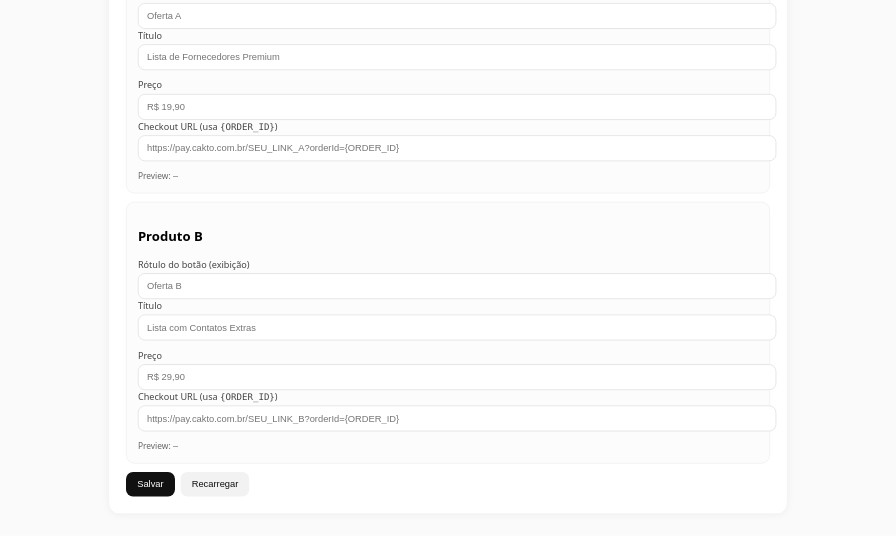
Repository: Rob-son-prog/hiveloja-whatsapp
Page: admin/index.html
These files come from the project's save history. The page is drawn as it stood at one moment and after the next save; the edit follows.
The browser window is 1280 px wide. The pictures show the part of the page from y = 1036 to 2956 px (the page is 1801 px tall before and 2956 px after), at 70% of full size.
The page's requests for data from a server got no answer.

Above is the page before, as saved 2025-10-09 21:16:51.

After the next save:
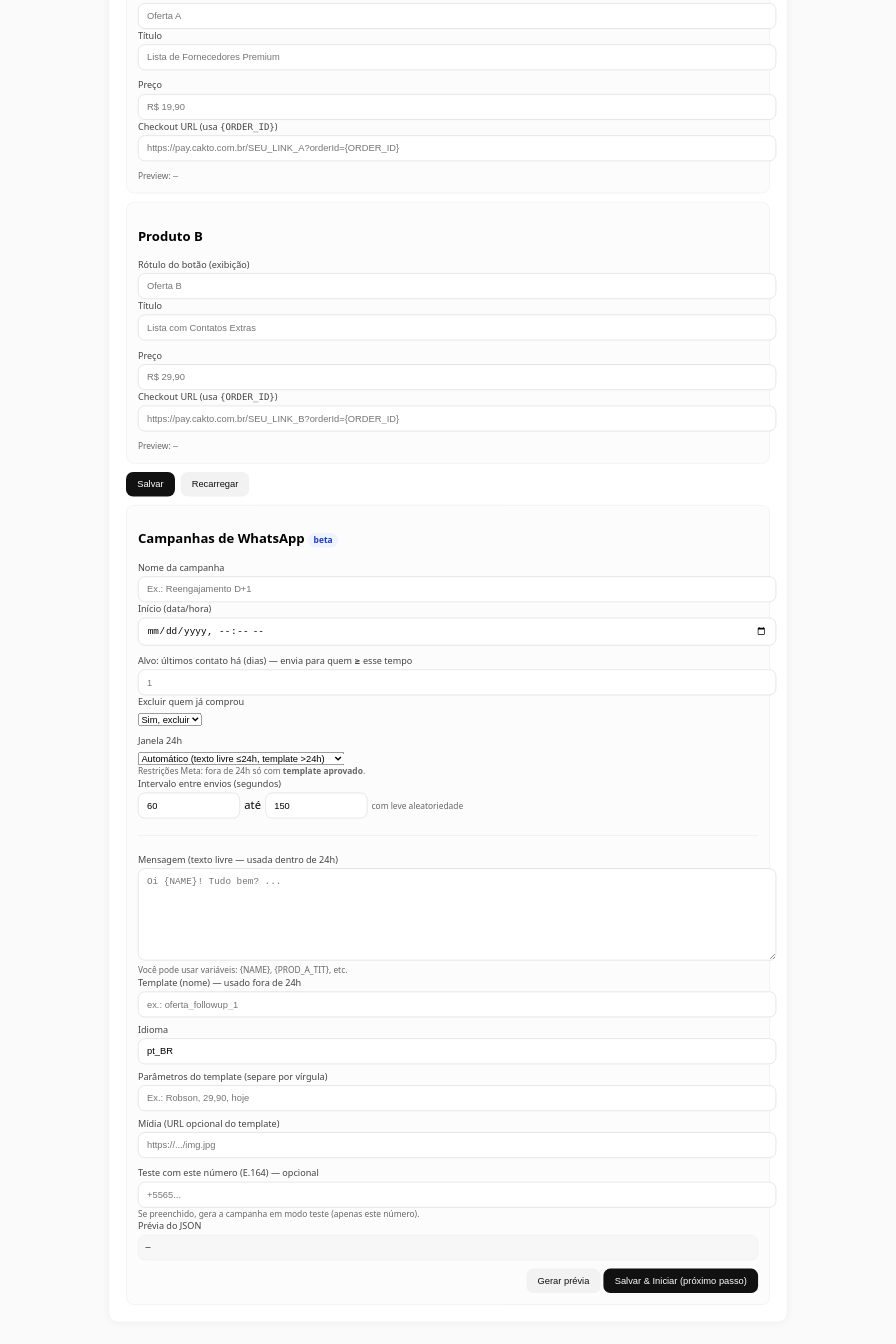
Saved 43 min 59 s later.
--- a/admin/index.html
+++ b/admin/index.html
@@ -21,6 +21,12 @@
     .ok { color:#118a4e; margin-left:8px; font-size:13px; }
     .danger { color:#b32d2e; font-size:12px; }
     .mono { font-family: ui-monospace, SFMono-Regular, Menlo, Consolas, monospace; }
+
+    /* ——— extra da área de campanhas ——— */
+    .pill { display:inline-block; padding:2px 8px; border-radius:999px; background:#eef3ff; color:#1d3dbf; font-size:12px; }
+    .hr { height:1px; background:#eee; margin:12px 0; }
+    .right { text-align:right; }
+    .codebox { background:#f7f7f7; border:1px solid #eee; padding:10px; border-radius:10px; font-family: ui-monospace, Menlo, Consolas, monospace; font-size:12px; max-height:140px; overflow:auto; }
   </style>
 </head>
 <body>
@@ -139,6 +145,96 @@
         <span id="status" class="ok" style="display:none">salvo ✓</span>
         <span id="err" class="danger" style="display:none">falha ao salvar</span>
       </div>
+
+      <!-- Campanhas (beta) -->
+      <div class="card">
+        <h3>Campanhas de WhatsApp <span class="pill">beta</span></h3>
+        <div class="grid">
+          <div class="col2">
+            <div>
+              <label>Nome da campanha</label>
+              <input id="c_name" placeholder="Ex.: Reengajamento D+1">
+            </div>
+            <div>
+              <label>Início (data/hora)</label>
+              <input id="c_start" type="datetime-local">
+            </div>
+          </div>
+
+          <div class="col2">
+            <div>
+              <label>Alvo: últimos contato há (dias) — envia para quem <b>≥</b> esse tempo</label>
+              <input id="c_days" type="number" min="0" step="1" placeholder="1">
+            </div>
+            <div>
+              <label>Excluir quem já comprou</label>
+              <select id="c_exclude_paid">
+                <option value="yes">Sim, excluir</option>
+                <option value="no">Não</option>
+              </select>
+            </div>
+          </div>
+
+          <div class="col2">
+            <div>
+              <label>Janela 24h</label>
+              <select id="c_mode">
+                <option value="auto">Automático (texto livre ≤24h, template &gt;24h)</option>
+                <option value="only24">Somente dentro de 24h (texto livre)</option>
+                <option value="onlyTemplate">Sempre com template (recomendado p/ &gt;24h)</option>
+              </select>
+              <div class="muted">Restrições Meta: fora de 24h só com <b>template aprovado</b>.</div>
+            </div>
+            <div>
+              <label>Intervalo entre envios (segundos)</label>
+              <div class="row" style="gap:6px">
+                <input id="c_min_s" type="number" min="1" value="60" style="max-width:120px">
+                <span>até</span>
+                <input id="c_max_s" type="number" min="1" value="150" style="max-width:120px">
+                <span class="muted">com leve aleatoriedade</span>
+              </div>
+            </div>
+          </div>
+
+          <div class="hr"></div>
+
+          <div class="col2">
+            <div>
+              <label>Mensagem (texto livre — usada dentro de 24h)</label>
+              <textarea id="c_text" placeholder="Oi {NAME}! Tudo bem? ..."></textarea>
+              <div class="muted">Você pode usar variáveis: {NAME}, {PROD_A_TIT}, etc.</div>
+            </div>
+            <div>
+              <label>Template (nome) — usado fora de 24h</label>
+              <input id="c_tpl" placeholder="ex.: oferta_followup_1">
+              <label style="margin-top:8px">Idioma</label>
+              <input id="c_tpl_lang" value="pt_BR" placeholder="pt_BR">
+              <label style="margin-top:8px">Parâmetros do template (separe por vírgula)</label>
+              <input id="c_tpl_params" placeholder="Ex.: Robson, 29,90, hoje">
+              <label style="margin-top:8px">Mídia (URL opcional do template)</label>
+              <input id="c_tpl_media" placeholder="https://.../img.jpg">
+            </div>
+          </div>
+
+          <div class="col2">
+            <div>
+              <label>Teste com este número (E.164) — opcional</label>
+              <input id="c_test_to" placeholder="+5565...">
+              <div class="muted">Se preenchido, gera a campanha em modo teste (apenas este número).</div>
+            </div>
+            <div>
+              <label>Prévia do JSON</label>
+              <div id="c_preview" class="codebox">–</div>
+            </div>
+          </div>
+
+          <div class="right">
+            <button id="c_preview_btn" class="btn outline">Gerar prévia</button>
+            <button id="c_create_btn" class="btn">Salvar & Iniciar (próximo passo)</button>
+          </div>
+        </div>
+      </div>
+      <!-- /Campanhas -->
     </div>
   </div>
 
@@ -221,6 +317,55 @@
     S('save').onclick = save;
     S('reload').onclick = load;
     load();
+
+    // ===== Campanhas (só prévia por enquanto) =====
+    function buildCampaignPayload(){
+      const startIso = (S('c_start').value ? new Date(S('c_start').value).toISOString() : null);
+      const params = (S('c_tpl_params').value || '')
+        .split(',')
+        .map(s => s.trim())
+        .filter(Boolean);
+
+      const minS = Math.max(1, Number(S('c_min_s').value || 60));
+      const maxS = Math.max(minS, Number(S('c_max_s').value || 150));
+
+      return {
+        name: S('c_name').value.trim() || 'Campanha sem nome',
+        start_at: startIso,
+        filter: {
+          last_incoming_gte_days: Number(S('c_days').value || 0), // >= X dias
+          exclude_paid: S('c_exclude_paid').value === 'yes'
+        },
+        policy: {
+          mode: S('c_mode').value, // auto / only24 / onlyTemplate
+          throttle_seconds_min: minS,
+          throttle_seconds_max: maxS
+        },
+        content: {
+          text_24h: S('c_text').value,
+          template_name: S('c_tpl').value.trim(),
+          template_lang: S('c_tpl_lang').value.trim() || 'pt_BR',
+          template_params: params,
+          template_media_url: S('c_tpl_media').value.trim() || null
+        },
+        test_to: (S('c_test_to').value || '').trim()
+      };
+    }
+
+    function showPreview(){
+      const payload = buildCampaignPayload();
+      console.log('[Prévia campanha]', payload);
+      S('c_preview').textContent = JSON.stringify(payload, null, 2);
+    }
+
+    S('c_preview_btn').onclick = showPreview;
+
+    // botão “criar” por enquanto só gera a prévia;
+    // no próximo passo, conectamos às rotas /campaigns para salvar e iniciar.
+    S('c_create_btn').onclick = () => {
+      showPreview();
+      alert('Prévia gerada. No próximo passo vamos conectar este botão às rotas do servidor para salvar/iniciar a campanha.');
+    };
   </script>
 </body>
 </html>
